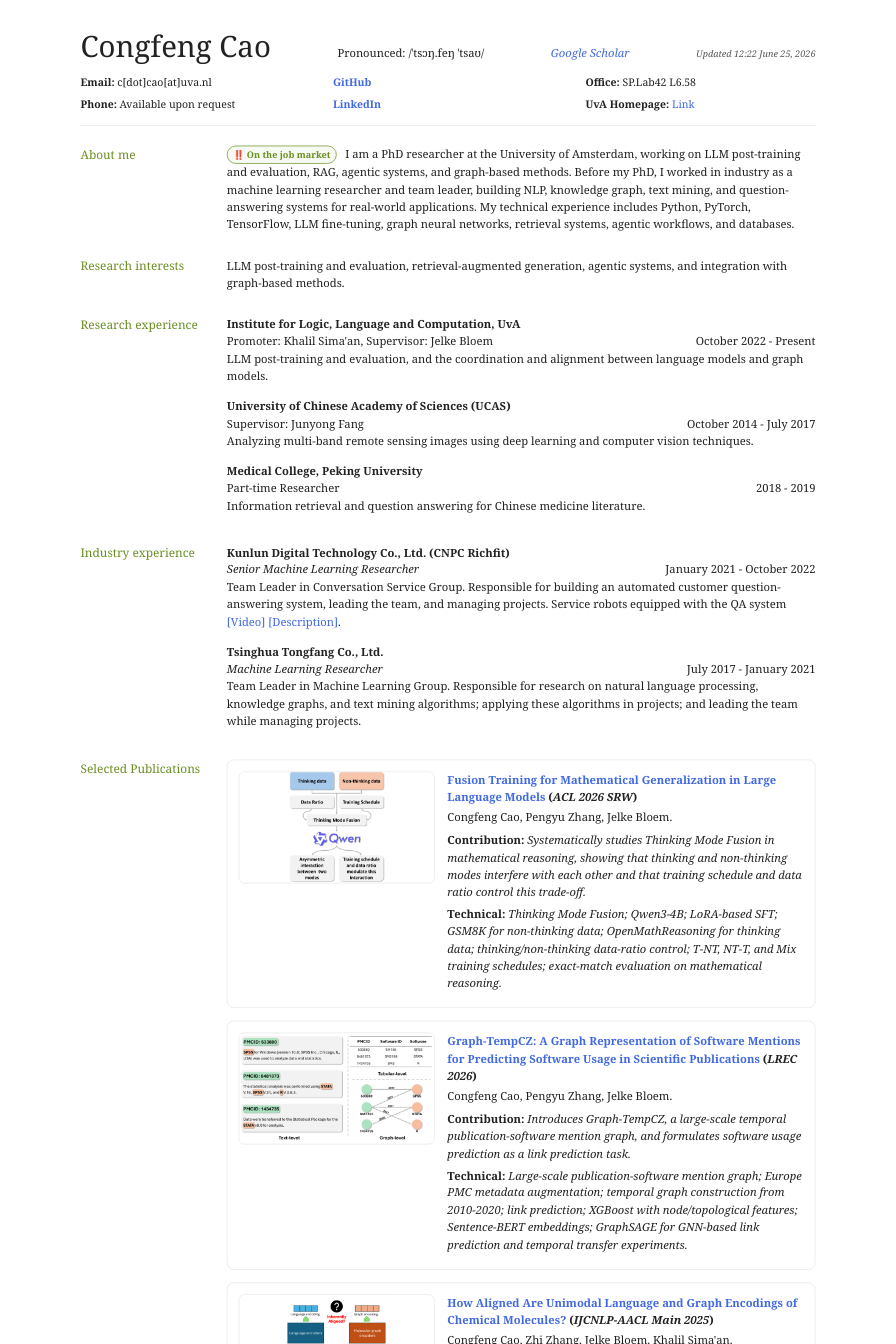
Repository: caocongfeng/caocongfeng.github.io
Page: index.html
These files come from the project's save history. The page is drawn as it stood at one moment and after a run of saves; the edit follows.
The browser window is 1280 px wide. The pictures show the part of the page from y = 0 to 1920 px (the page is 4727 px tall), at 70% of full size.

Above is the page before, as saved 2026-06-25 13:07:01.

After the next 2 saves:
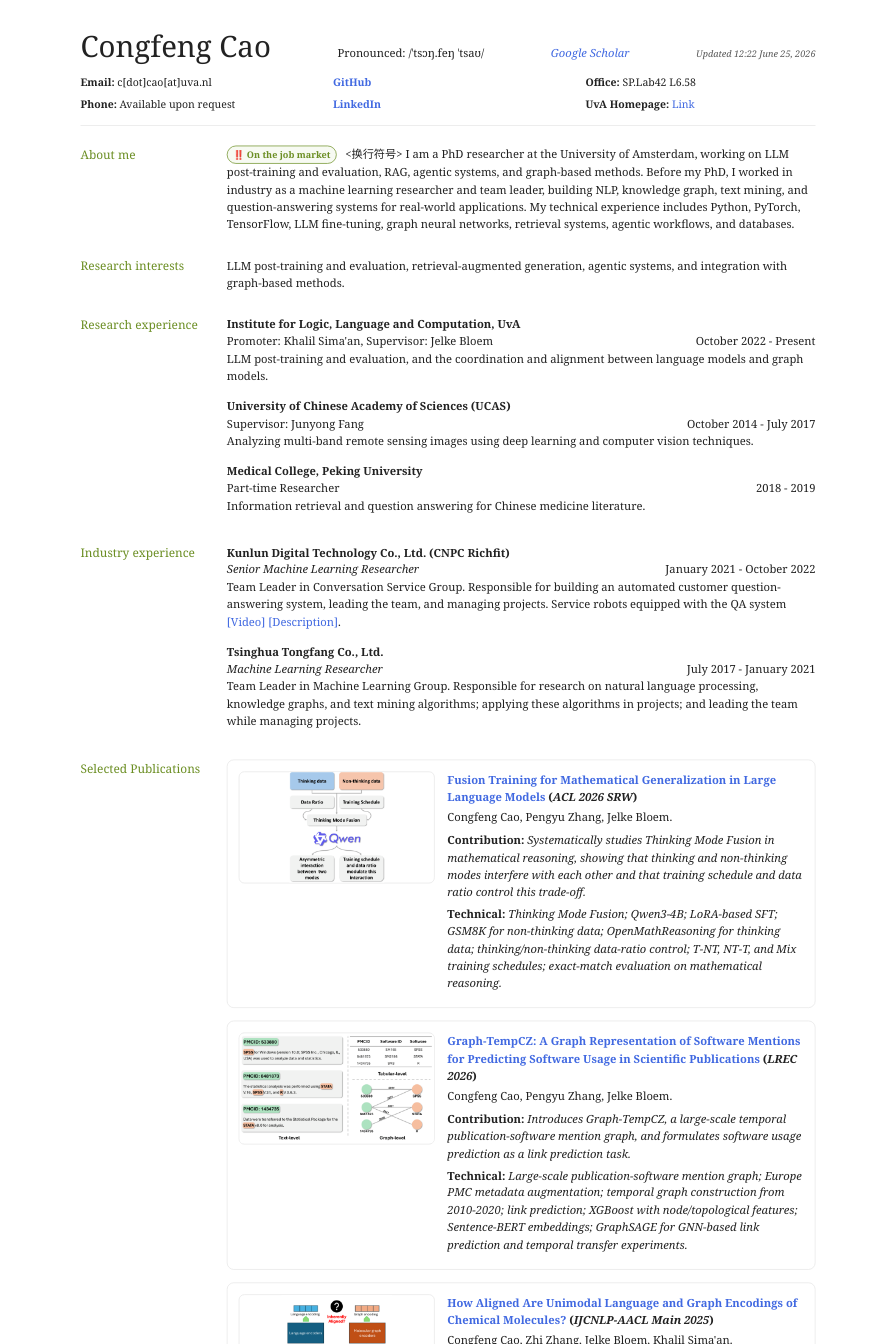
The 2 saves are shown as one change because they came seconds apart.
The last was saved 12 s later.
--- a/index.html
+++ b/index.html
@@ -347,7 +347,7 @@
       <div class="section-title">About me</div>
       <div class="section-content">
         <p>
-          <span class="job-market-badge">‼️ On the job market</span> <huan>
+          <span class="job-market-badge">‼️ On the job market</span> <换行符号>
 
           I am a PhD researcher at the University of Amsterdam, working on LLM post-training and evaluation, RAG, agentic systems, and graph-based methods. Before my PhD, I worked in industry as a machine learning researcher and team leader, building NLP, knowledge graph, text mining, and question-answering systems for real-world applications. My technical experience includes Python, PyTorch, TensorFlow, LLM fine-tuning, graph neural networks, retrieval systems, agentic workflows, and databases.</p>
       </div>
